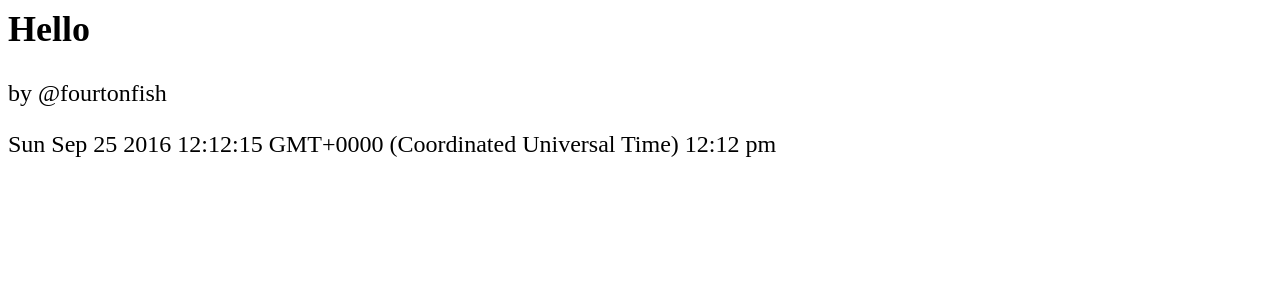
Repository: Grimlock123/starwear
Page: 1.html
The author's editor kept a record of every edit. The page is drawn from the files as they stood at one moment, then again after the next edit.
The browser window is 1280 px wide. The pictures show the whole page.
The page's requests for data from a server got no answer.

Above is the page before.

### 1.html
<html>
    <head>
        <title>Hello</title>
        <link rel="stylesheet" type="text/css" href="1.css">
    </head>

    <body>
        <div id="section">
        <section>
            <h1 id="city">Hello</h1>
            <p><a id="temperature" href="#"></a><span id="weather">by @fourtonfish</span></p>
            <p><a id="date" herf='#'></a><span id="time"></span></p>
        </section>
        </div>

        <script>
            var weatherData = {
			city: document.querySelector("#city"),
			weather: document.querySelector("#weather"),
			temperature: document.querySelector("#temperature"),
			temperatureValue: 0,
			units: "°C"
		};

		function roundTemperature(temperature){
			temperature = +temperature.toFixed(2);
			return temperature;
		}

		function switchUnits(){
/*
		We are going to use the following formulas for conversion from C to F and back:
				°F = °C  x  9/5 + 32
				°C = (°F  -  32)  x  5/9
*/
			if (weatherData.units == "°C"){
				weatherData.temperatureValue = roundTemperature(weatherData.temperatureValue * 9/5 + 32);
				weatherData.units = "°F";
			}
			else{
				weatherData.temperatureValue = roundTemperature((weatherData.temperatureValue -  32) * 5/9);
				weatherData.units = "°C";
			}

			weatherData.temperature.innerHTML = weatherData.temperatureValue + weatherData.units;
		}

		function getLocationAndWeather(){
			if (window.XMLHttpRequest){
				var xhr = new XMLHttpRequest();
				xhr.addEventListener("load", function() {
					console.log("Processing weather info...");
					var response = JSON.parse(xhr.responseText);

					console.log(response);
					var position = {
						latitude: response.latitude,
						longitude: response.longitude
					};
					var cityName = response.city;
					if (cityName == "Earth"){
						// IP-based location detection failed. Let's ask the user where he or she lives.
						getWeatherForLocation();
					}
					else{
						var weatherSimpleDescription = response.weather.simple;
						var weatherDescription = response.weather.description;
			//			A note: rounding the temperature here is really only necessary when starting with Celsius as your default unit.
						var weatherTemperature = roundTemperature(response.weather.temperature);
			/*
						To keep things lean, we don't really need to store the values above in the memory, so we're defining them as local variables. As such, they will be cleared after this function runs. However, we will need to save the temperature globally in order to do conversions.
			*/
						weatherData.temperatureValue = weatherTemperature;

						loadBackground(position.latitude, position.longitude, weatherSimpleDescription);
						weatherData.city.innerHTML = cityName;
						weatherData.weather.innerHTML =  ", " + weatherDescription;
						weatherData.temperature.innerHTML = weatherTemperature + weatherData.units;
						console.log("Finished processing and displaying weather info...");

					}
				}, false);

				xhr.addEventListener("error", function(err){
					alert("Could not complete the request");
				}, false);

				xhr.open("GET", "https://fourtonfish.com/tutorials/weather-web-app/getlocationandweather.php?owapikey=45713cc0d54c4bfa1c7efbbdbd1c6c2b&units=metric", true);
				xhr.send();
				console.log("Requesting weather info...");
			}
			else{
				alert("Unable to fetch the location and weather data.");
			}
		}

		function getWeatherForLocation(){
			var location = prompt("Your location could not be detected automatically, can you tell me where you live?");
			if (location != null){
				document.querySelector("body").style.backgroundImage = "url('https://fourtonfish.com/tutorials/weather-web-app/images/default.jpg')";
				document.querySelector("#image-source").setAttribute("href", "https://www.flickr.com/photos/superfamous/310185523/sizes/o/");

				var xhr = new XMLHttpRequest();
				xhr.addEventListener("load", function() {
					var response = JSON.parse(xhr.responseText);

					console.log(response);
					var position = {
						latitude: response.latitude,
						longitude: response.longitude
					};
					var cityName = response.city;

					var weatherSimpleDescription = response.weather.simple;
					var weatherDescription = response.weather.description;
					var weatherTemperature = roundTemperature(response.weather.temperature);
					weatherData.temperatureValue = weatherTemperature;

					weatherData.city.innerHTML = cityName;
					weatherData.weather.innerHTML =  ", " + weatherDescription;
					weatherData.temperature.innerHTML = weatherTemperature + weatherData.units;
				}, false);

				xhr.addEventListener("error", function(err){
					alert("Could not complete the request");
				}, false);



				xhr.open("GET", "https://fourtonfish.com/tutorials/weather-web-app/getweatherforlocation.php?owapikey=45713cc0d54c4bfa1c7efbbdbd1c6c2b&units=metric&location=" + location, true);
				xhr.send();
			}
			else{
				alert("Unable to fetch the location and weather data.");
			}
		}

		function loadBackground(lat, lon, weatherTag) {
			var script_element = document.createElement('script');

			script_element.src = "https://api.flickr.com/services/rest/?method=flickr.photos.search&api_key=0677de6a559772c8cb27dd22219dfa0c&lat=" + lat + "&lon=" + lon + "&accuracy=1&tags=" + weatherTag + "&sort=relevance&extras=url_l&format=json";

			document.getElementsByTagName('head')[0].appendChild(script_element);
		}

		function jsonFlickrApi(data){
			console.log(data);
			if (data.photos.pages > 0){
				var photo = data.photos.photo[0];
				document.querySelector("body").style.backgroundImage = "url('" + photo.url_l + "')";
				document.querySelector("#image-source").setAttribute("href", "http://www.flickr.com/photos/" + photo.owner + "/" + photo.id);
			}
			else{
				document.querySelector("body").style.backgroundImage = "url('https://fourtonfish.com/tutorials/weather-web-app/images/default.jpg')";
				document.querySelector("#image-source").setAttribute("href", "https://www.flickr.com/photos/superfamous/310185523/sizes/o/");
			}
		}

		// Everything is defined, let's start this show.
		getLocationAndWeather();

		document.getElementById("date").innerHTML = formatAMPM();

function formatAMPM() {
    var date = new Date();
    var hours = date.getHours();
    var days = date.getDay();
    var minutes = date.getMinutes();
    var ampm = hours >= 12 ? 'pm' : 'am';
    hours = hours % 12;
    hours = hours ? hours : 12; // the hour '0' should be '12'
    minutes = minutes < 10 ? '0'+minutes : minutes;
    var strTime = date + ' ' + hours + ':' + minutes + ' ' + ampm;
    return strTime;
}
        </script>
    </body>
</html>

### 1.css
section{
    font-size:24px;
}

After the next edit:
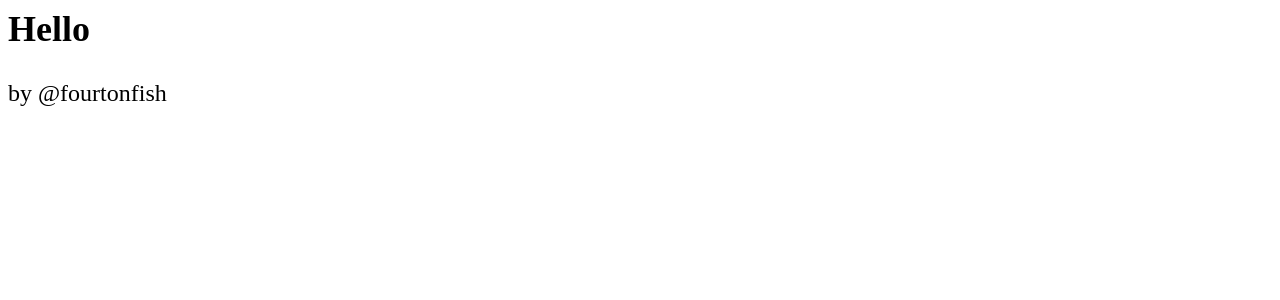
The edit:
--- a/1.html
+++ b/1.html
@@ -159,20 +159,6 @@
 		// Everything is defined, let's start this show.
 		getLocationAndWeather();
 
-		document.getElementById("date").innerHTML = formatAMPM();
-
-function formatAMPM() {
-    var date = new Date();
-    var hours = date.getHours();
-    var days = date.getDay();
-    var minutes = date.getMinutes();
-    var ampm = hours >= 12 ? 'pm' : 'am';
-    hours = hours % 12;
-    hours = hours ? hours : 12; // the hour '0' should be '12'
-    minutes = minutes < 10 ? '0'+minutes : minutes;
-    var strTime = date + ' ' + hours + ':' + minutes + ' ' + ampm;
-    return strTime;
-}
         </script>
     </body>
 </html>
